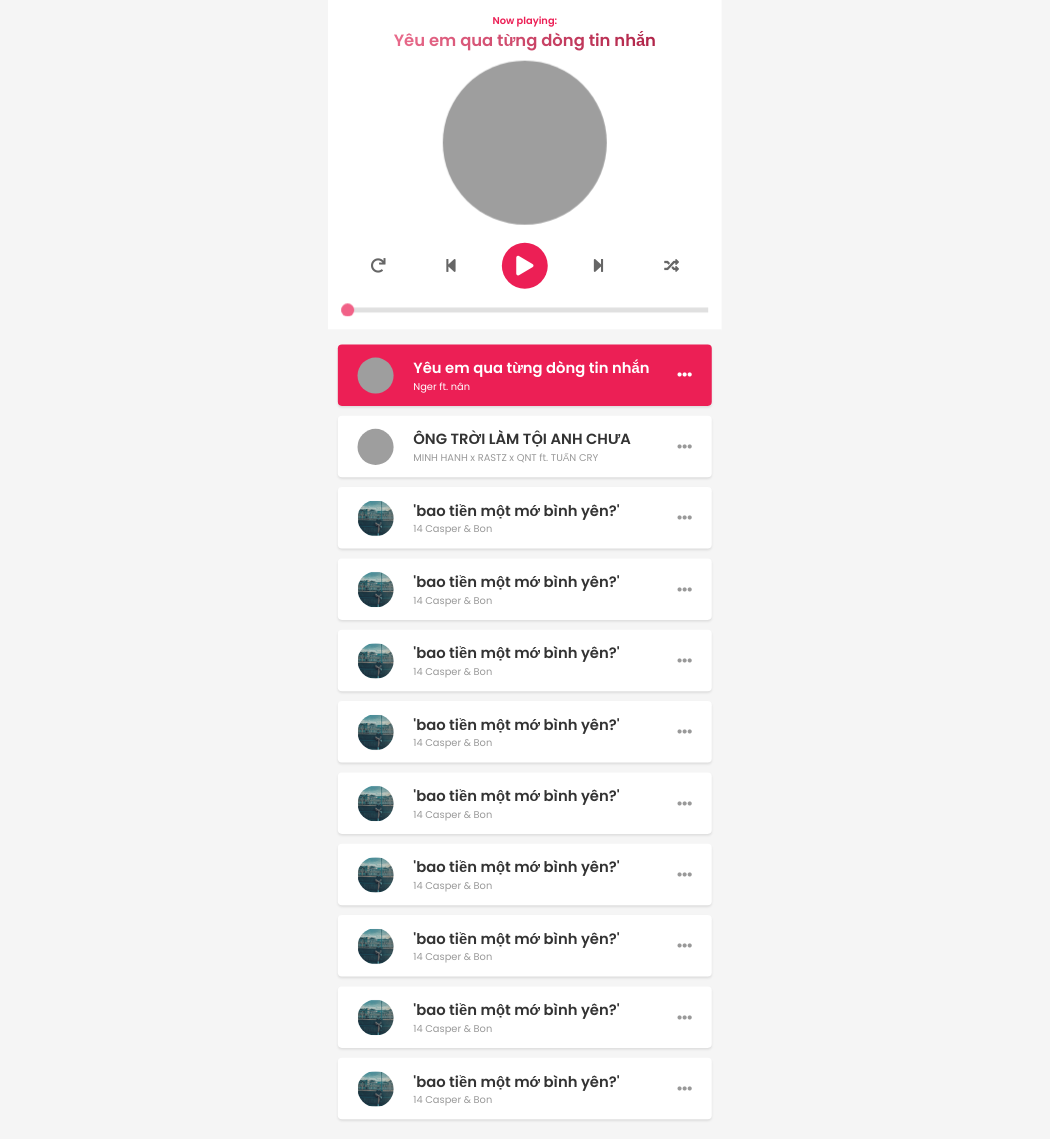
Repository: lt-chinh098406/BIn-Music
Page: index.html
The author's editor kept a copy of each file at every save. The page is drawn from the files as they stood at one save, then again after the next save.
The browser window is 1280 px wide. The pictures show the whole page, at 82% of full size.
Pictures or frames that could not be fetched are drawn as grey boxes.

Above is the page before, as saved 2022-03-20 13:31:01.

### index.html
<!DOCTYPE html>
<html lang="en">
  <head>
    <meta charset="UTF-8" />
    <meta http-equiv="X-UA-Compatible" content="IE=edge" />
    <meta name="viewport" content="width=device-width, initial-scale=1.0" />
    <title>Music player</title>
    <link
      rel="stylesheet"
      href="https://cdnjs.cloudflare.com/ajax/libs/font-awesome/5.15.2/css/all.min.css"
      integrity="sha512-HK5fgLBL+xu6dm/Ii3z4xhlSUyZgTT9tuc/hSrtw6uzJOvgRr2a9jyxxT1ely+B+xFAmJKVSTbpM/CuL7qxO8w=="
      crossorigin="anonymous"
    />
    <link rel="preconnect" href="https://fonts.gstatic.com" />
    <link
      href="https://fonts.googleapis.com/css2?family=Poppins:wght@300;400;600&display=swap"
      rel="stylesheet"
    />
    <link rel="stylesheet" href="./assets/main.css" />
  </head>
  <body>
    <body>
      <div class="player">
        <!-- Dashboard -->
        <div class="dashboard">
          <!-- Header -->
          <header>
            <h4>Now playing:</h4>
            <h2>String 57th & 9th</h2>
          </header>

          <!-- CD -->
          <div class="cd">
            <div class="cd-thumb"></div>
          </div>

          <!-- Control -->
          <div class="control">
            <div class="btn btn-repeat">
              <i class="fas fa-redo"></i>
            </div>
            <div class="btn btn-prev">
              <i class="fas fa-step-backward"></i>
            </div>
            <div class="btn btn-toggle-play">
              <i class="fas fa-pause icon-pause"></i>
              <i class="fas fa-play icon-play"></i>
            </div>
            <div class="btn btn-next">
              <i class="fas fa-step-forward"></i>
            </div>
            <div class="btn btn-random">
              <i class="fas fa-random"></i>
            </div>
          </div>

          <input
            id="progress"
            class="progress"
            type="range"
            value="0"
            step="1"
            min="0"
            max="100"
          />

          <audio id="audio" src=""></audio>
        </div>

        <!-- Playlist -->
        <div class="playlist"></div>
      </div>

      <script src="./main.js"></script>
    </body>
  </body>
</html>

### assets/main.css
:root {
  --primary-color: #ec1f55;
  --text-color: #333;
}

* {
  padding: 0;
  margin: 0;
  box-sizing: inherit;
}

body {
  background-color: #f5f5f5;
}

html {
  box-sizing: border-box;
  font-family: "Poppins", sans-serif;
}

.player {
  position: relative;
  max-width: 480px;
  margin: 0 auto;
}

.player .icon-pause {
  display: none;
}

.player.playing .icon-pause {
  display: inline-block;
}

.player.playing .icon-play {
  display: none;
}

.dashboard {
  padding: 16px 16px 14px;
  background-color: #fff;
  position: fixed;
  top: 0;
  width: 100%;
  max-width: 480px;
  border-bottom: 1px solid #ebebeb;
}

/* HEADER */
header {
  text-align: center;
  margin-bottom: 10px;
}

header h4 {
  color: var(--primary-color);
  font-size: 12px;
}

header h2 {
  font-size: 20px;
  background-image: linear-gradient(to right, #f47999, #a5163b);
  color: transparent;
  -webkit-background-clip: text;
}

/* CD */
.cd {
  display: flex;
  margin: auto;
  width: 200px;
}

.cd-thumb {
  width: 100%;
  padding-top: 100%;
  border-radius: 50%;
  background-color: #333;
  background-size: cover;
  margin: auto;
}

/* CONTROL */
.control {
  display: flex;
  align-items: center;
  justify-content: space-around;
  padding: 18px 0 8px 0;
}

.control .btn {
  color: #666;
  padding: 18px;
  font-size: 18px;
  cursor: pointer;
}

.control .btn.active {
  color: var(--primary-color);
}

.control .btn-toggle-play {
  width: 56px;
  height: 56px;
  border-radius: 50%;
  font-size: 24px;
  color: #fff;
  display: flex;
  align-items: center;
  justify-content: center;
  background-color: var(--primary-color);
}

.progress {
  width: 100%;
  -webkit-appearance: none;
  height: 6px;
  background: #d3d3d3;
  outline: none;
  opacity: 0.7;
  -webkit-transition: 0.2s;
  transition: opacity 0.2s;
  cursor: pointer;
}

.progress::-webkit-slider-thumb {
  -webkit-appearance: none;
  appearance: none;
  background-color: var(--primary-color);
  cursor: pointer;
  height: 16px;
  width: 16px;
  border-radius: 100%;
  border: none;
  outline: none;
  z-index: 9;
  position: relative;
}

/* PLAYLIST */
.playlist {
  margin-top: 408px;
  padding: 12px;
}

.song {
  display: flex;
  align-items: center;
  margin-bottom: 12px;
  background-color: #fff;
  padding: 8px 16px;
  border-radius: 5px;
  box-shadow: 0 2px 3px rgba(0, 0, 0, 0.1);
  cursor: pointer;
}

.song.active {
  background-color: var(--primary-color);
}

.song:active {
  opacity: 0.8;
}

.song.active .option,
.song.active .author,
.song.active .title {
  color: #fff;
}

.song .thumb {
  width: 44px;
  height: 44px;
  border-radius: 50%;
  background-size: cover;
  margin: 0 8px;
}

.song .body {
  flex: 1;
  padding: 0 16px;
}

.song .title {
  font-size: 18px;
  color: var(--text-color);
}

.song .author {
  font-size: 12px;
  color: #999;
}

.song .option {
  padding: 16px 8px;
  color: #999;
  font-size: 18px;
}

### main.js
const $ = document.querySelector.bind(document);
const $$ = document.querySelectorAll.bind(document);

const player = $(".player");
const heading = $("header h2");
const cdThumb = $(".cd-thumb");
const audio = $("#audio");
const cd = $(".cd");
const playBtn = $(".btn-toggle-play");
const progress = $("#progress");
const nextBtn = $(".btn-next");
const prevBtn = $(".btn-prev");
const randomBtn = $(".btn-random");
const repeatBtn = $(".btn-repeat");
const playlist = $(".playlist");

const app = {
  currentIndex: 0,
  isPlaying: false,

  songs: [
    {
      name: "Yêu em qua từng dòng tin nhắn",
      singer: "Nger ft. nân",
      path: "./assets/music/Yêu em qua dòng tin nhắn(iêu iem qua dòng tin nhắn) - Ngơ ft. Nân [Lyrics Video].mp3",
      image: "./assets/img/1.jpg",
    },
    {
      name: "ÔNG TRỜI LÀM TỘI ANH CHƯA",
      singer: "MINH HANH x RASTZ x QNT ft. TUẤN CRY",
      path: "./assets/music/ÔNG TRỜI LÀM TỘI ANH CHƯA - MINH HANH x RASTZ x QNT ft. TUẤN CRY.mp3",
      image: "./assets/img/3.jpg",
    },
    {
      name: "'bao tiền một mớ bình yên?'",
      singer: "14 Casper & Bon",
      path: "./assets/music/'bao tiền một mớ bình yên-' - 14 Casper & Bon (Official).mp3",
      image: "./assets/img/5.jpg",
    },
    {
      name: "'bao tiền một mớ bình yên?'",
      singer: "14 Casper & Bon",
      path: "./assets/music/'bao tiền một mớ bình yên-' - 14 Casper & Bon (Official).mp3",
      image: "./assets/img/5.jpg",
    },
    {
      name: "'bao tiền một mớ bình yên?'",
      singer: "14 Casper & Bon",
      path: "./assets/music/'bao tiền một mớ bình yên-' - 14 Casper & Bon (Official).mp3",
      image: "./assets/img/5.jpg",
    },
    {
      name: "'bao tiền một mớ bình yên?'",
      singer: "14 Casper & Bon",
      path: "./assets/music/'bao tiền một mớ bình yên-' - 14 Casper & Bon (Official).mp3",
      image: "./assets/img/5.jpg",
    },
    {
      name: "'bao tiền một mớ bình yên?'",
      singer: "14 Casper & Bon",
      path: "./assets/music/'bao tiền một mớ bình yên-' - 14 Casper & Bon (Official).mp3",
      image: "./assets/img/5.jpg",
    },
    {
      name: "'bao tiền một mớ bình yên?'",
      singer: "14 Casper & Bon",
      path: "./assets/music/'bao tiền một mớ bình yên-' - 14 Casper & Bon (Official).mp3",
      image: "./assets/img/5.jpg",
    },
    {
      name: "'bao tiền một mớ bình yên?'",
      singer: "14 Casper & Bon",
      path: "./assets/music/'bao tiền một mớ bình yên-' - 14 Casper & Bon (Official).mp3",
      image: "./assets/img/5.jpg",
    },
    {
      name: "'bao tiền một mớ bình yên?'",
      singer: "14 Casper & Bon",
      path: "./assets/music/'bao tiền một mớ bình yên-' - 14 Casper & Bon (Official).mp3",
      image: "./assets/img/5.jpg",
    },
    {
      name: "'bao tiền một mớ bình yên?'",
      singer: "14 Casper & Bon",
      path: "./assets/music/'bao tiền một mớ bình yên-' - 14 Casper & Bon (Official).mp3",
      image: "./assets/img/5.jpg",
    },
  ],

  render: function () {
    const htmls = this.songs.map((song, index) => {
      return `
        <div class="song ${
          index === this.currentIndex ? "active" : ""
        }" data-index="${index}">
          <div class="thumb" style="background-image: url('${song.image}')">
          </div>
          <div class="body">
            <h3 class="title">${song.name}</h3>
            <p class="author">${song.singer}</p>
          </div>
          <div class="option">
            <i class="fas fa-ellipsis-h"></i>
          </div>
        </div>
      `;
    });
    playlist.innerHTML = htmls.join("");
  },

  defineProperties: function () {
    Object.defineProperty(this, "currentSong", {
      get: function () {
        return this.songs[this.currentIndex];
      },
    });
  },

  handleEvents: function () {
    const _this = this;
    const cdWidth = cd.offsetWidth;

    // Xử lý CD rotate
    const cdThumbAnimate = cdThumb.animate([{ transform: "rotate(360deg)" }], {
      duration: 30000, // 10s
      iterations: Infinity,
    });
    cdThumbAnimate.pause();

    // Xử lý scroll cd
    document.onscroll = function () {
      const scrollTop = window.scrollY || document.documentElement.scrollTop;

      const newCdWidth = cdWidth - scrollTop;

      cd.style.width = newCdWidth > 0 ? newCdWidth + "px" : 0; // fix bug
      cd.style.opacity = newCdWidth / cdWidth; // opacity when scroll
    };

    // Xử lý play
    playBtn.onclick = function () {
      if (_this.isPlaying) {
        audio.pause();
      } else {
        audio.play();
      }
    };

    // Khi song được play
    audio.onplay = function () {
      _this.isPlaying = true;
      player.classList.add("playing");
      cdThumbAnimate.play();
    };

    // Khi song bị pause
    audio.onpause = function () {
      _this.isPlaying = false;
      player.classList.remove("playing");
      cdThumbAnimate.pause();
    };

    // khi tiến độ bài hát thay đổi
    audio.ontimeupdate = function () {
      if (audio.duration) {
        const progressPercent = Math.floor(
          (audio.currentTime / audio.duration) * 100
        );
        progress.value = progressPercent;
      }
    };

    //seek
    progress.oninput = function (e) {
      const seekTime = (audio.duration / 100) * e.target.value;
      audio.currentTime = seekTime;
    };

    // Khi next/prev song
    nextBtn.onclick = function () {
      if (randomBtn.classList.contains("active")) {
        _this.playRandomSong();
      } else {
        _this.nextSong();
      }
      // cdThumb.style.transform = 'rotate(0)'
      audio.play();
      _this.activeSong();
      _this.scrollToActiveSong();
    };
    prevBtn.onclick = function () {
      if (randomBtn.classList.contains("active")) {
        _this.playRandomSong();
      } else {
        _this.nextSong();
      }
      // cdThumb.style.transform = 'rotate(0)'
      audio.play();
      _this.activeSong();
      _this.scrollToActiveSong();
    };

    // Random song
    randomBtn.onclick = function () {
      randomBtn.classList.toggle("active");
      repeatBtn.classList.remove("active");
    };

    // Repeat song
    repeatBtn.onclick = function () {
      repeatBtn.classList.toggle("active");
      randomBtn.classList.remove("active");
    };

    // Xử lý nextsong khi audio ended
    audio.onended = function () {
      if (repeatBtn.classList.contains("active")) {
        audio.play();
      } else {
        nextBtn.click();
      }
    };

    // Lắng nghe click vào playlist
    playlist.onclick = function (e) {
      const songNode = e.target.closest(".song:not(.active)");
      // if (songNode || e.target.closest('option')) {
      if (songNode && !e.target.closest("option")) {
        const newIndex = songNode.getAttribute("data-index");
        _this.currentIndex = newIndex;
        _this.loadCurrentSong();
        _this.activeSong();
        audio.play();
      }
      // }
    };
  },

  loadCurrentSong: function () {
    heading.textContent = this.currentSong.name;
    cdThumb.style.backgroundImage = `url('${this.currentSong.image}')`;
    audio.src = this.currentSong.path;
  },

  nextSong: function () {
    this.currentIndex++;
    if (this.currentIndex >= this.songs.length) {
      this.currentIndex = 0;
    }
    this.loadCurrentSong();
  },

  prevSong: function () {
    if (this.currentIndex != 0) {
      this.currentIndex--;
    } else {
      this.currentIndex = this.songs.length - 1;
    }
    this.loadCurrentSong();
  },

  playRandomSong: function () {
    let newIndex;
    do {
      newIndex = Math.floor(Math.random() * this.songs.length);
    } while (newIndex === this.currentIndex);

    this.currentIndex = newIndex;
    this.loadCurrentSong();
  },

  activeSong: function () {
    var loopSongs = $$(".song");
    for (song of loopSongs) {
      song.classList.remove("active");
    }
    const activeSong = loopSongs[this.currentIndex];
    activeSong.classList.add("active");
  },

  scrollToActiveSong: function () {
    setTimeout(() => {
      if (this.currentIndex < 3) {
        $(".song.active").scrollIntoView({
          behavior: "smooth",
          block: "end",
        });
      } else {
        $(".song.active").scrollIntoView({
          behavior: "smooth",
          block: "nearest",
        });
      }
    }, 300);
  },

  start: function () {
    // Định nghĩa các thuộc tính cho Object
    this.defineProperties();

    // Lắng nghe / xử lý các event
    this.handleEvents();

    // tải thông tin bài hát đầu tiên vào UI khi chạy ứng dụng
    this.loadCurrentSong();

    // render playlist
    this.render();
  },
};

app.start();

After the next save:
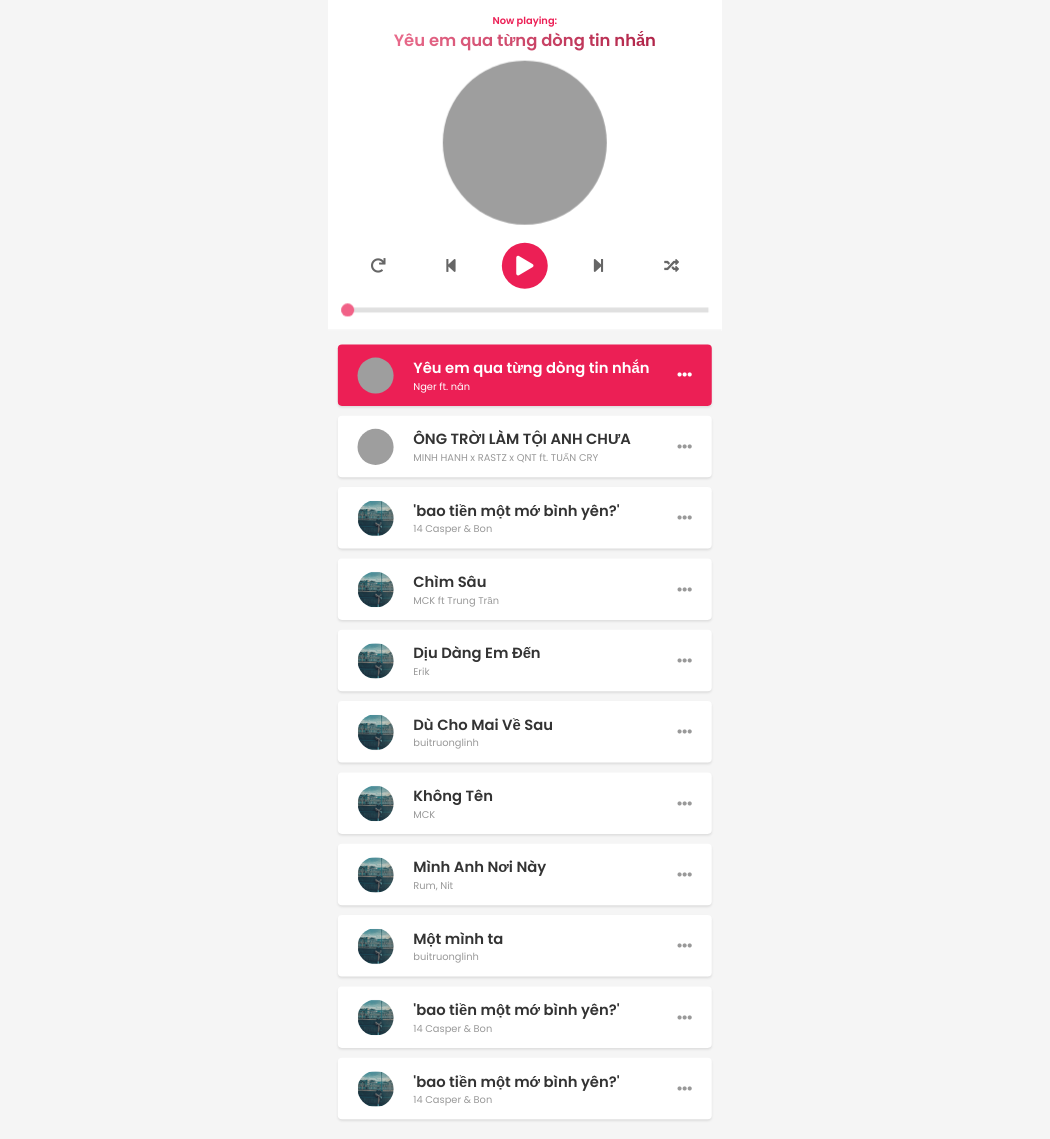
Saved 2 min 56 s later.
--- a/main.js
+++ b/main.js
@@ -38,39 +38,39 @@ const app = {
       image: "./assets/img/5.jpg",
     },
     {
-      name: "'bao tiền một mớ bình yên?'",
-      singer: "14 Casper & Bon",
-      path: "./assets/music/'bao tiền một mớ bình yên-' - 14 Casper & Bon (Official).mp3",
-      image: "./assets/img/5.jpg",
-    },
-    {
-      name: "'bao tiền một mớ bình yên?'",
-      singer: "14 Casper & Bon",
-      path: "./assets/music/'bao tiền một mớ bình yên-' - 14 Casper & Bon (Official).mp3",
-      image: "./assets/img/5.jpg",
-    },
-    {
-      name: "'bao tiền một mớ bình yên?'",
-      singer: "14 Casper & Bon",
-      path: "./assets/music/'bao tiền một mớ bình yên-' - 14 Casper & Bon (Official).mp3",
-      image: "./assets/img/5.jpg",
-    },
-    {
-      name: "'bao tiền một mớ bình yên?'",
-      singer: "14 Casper & Bon",
-      path: "./assets/music/'bao tiền một mớ bình yên-' - 14 Casper & Bon (Official).mp3",
-      image: "./assets/img/5.jpg",
-    },
-    {
-      name: "'bao tiền một mớ bình yên?'",
-      singer: "14 Casper & Bon",
-      path: "./assets/music/'bao tiền một mớ bình yên-' - 14 Casper & Bon (Official).mp3",
-      image: "./assets/img/5.jpg",
-    },
-    {
-      name: "'bao tiền một mớ bình yên?'",
-      singer: "14 Casper & Bon",
-      path: "./assets/music/'bao tiền một mớ bình yên-' - 14 Casper & Bon (Official).mp3",
+      name: "Chìm Sâu",
+      singer: "MCK ft Trung Trần",
+      path: "./assets/music/Chìm Sâu - RPT MCK (feat. Trung Trần) - Official Lyrics Video.mp3",
+      image: "./assets/img/5.jpg",
+    },
+    {
+      name: "Dịu Dàng Em Đến",
+      singer: "Erik",
+      path: "./assets/music/Dịu Dàng Em Đến - ERIK x Ryan「Lo - Fi Version by 1 9 6 7」- Official Music Video.mp3",
+      image: "./assets/img/5.jpg",
+    },
+    {
+      name: "Dù Cho Mai Về Sau",
+      singer: "buitruonglinh",
+      path: "./assets/music/Dù Cho Mai Về Sau (Acoustic Version) - buitruonglinh.mp3",
+      image: "./assets/img/5.jpg",
+    },
+    {
+      name: "Không Tên",
+      singer: "MCK",
+      path: "./assets/music/Không Tên -- MCK a.k.a Nger -- Official Lyrics Video.mp3",
+      image: "./assets/img/5.jpg",
+    },
+    {
+      name: "Mình Anh Nơi Này",
+      singer: "Rum, Nit",
+      path: "./assets/music/Mình Anh Nơi Này (Lofi Ver.) - Nit x Sing x Freak D.mp3",
+      image: "./assets/img/5.jpg",
+    },
+    {
+      name: "Một mình ta",
+      singer: "buitruonglinh",
+      path: "./assets/music/",
       image: "./assets/img/5.jpg",
     },
     {
